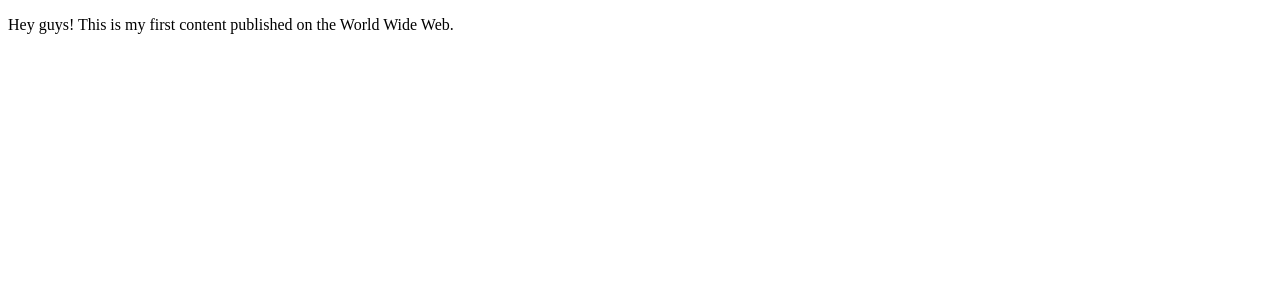
Repository: levio-sa/testsite.github.io
Page: index.html
An editor plug-in stored every save of this project. The page is shown before and after the next save, followed by the edit.
The browser window is 1280 px wide. The pictures show the whole page.

Above is the page before, as saved 2021-03-22 23:38:29.

### index.html
<!DOCTYPE html>
<html lang="en">
<head>
    <meta charset="UTF-8">
    <meta http-equiv="X-UA-Compatible" content="IE=edge">
    <meta name="viewport" content="width=device-width, initial-scale=1.0">
    <title>MySite</title>
</head>
<body>
    <p>Hey guys! This is my first content published on the World Wide Web.</p>
</body>
</html>

After the next save:
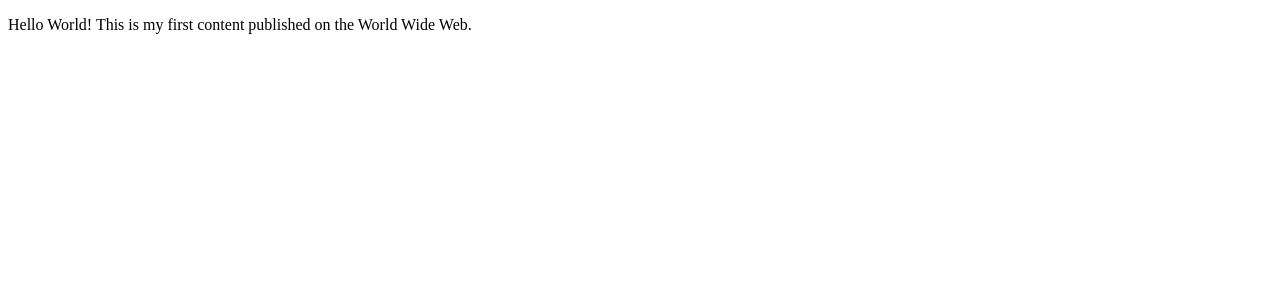
Saved 4 s later.
--- a/index.html
+++ b/index.html
@@ -7,6 +7,6 @@
     <title>MySite</title>
 </head>
 <body>
-    <p>Hey guys! This is my first content published on the World Wide Web.</p>
+    <p>Hello World! This is my first content published on the World Wide Web.</p>
 </body>
 </html>
